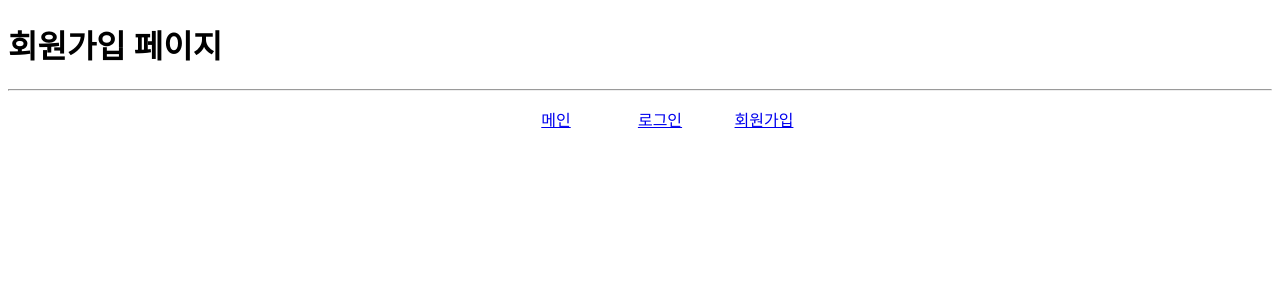
Repository: vhswo/jsp-work
Page: http://localhost/cos/join.jsp
These files come from the project's save history. The page is drawn as it stood at one moment and after the next save; the edit follows.
The browser window is 1280 px wide. The pictures show the whole page.
The page is served by Tomcat 9.

Above is the page before, as saved 2020-08-22 02:43:03.

After the next save:
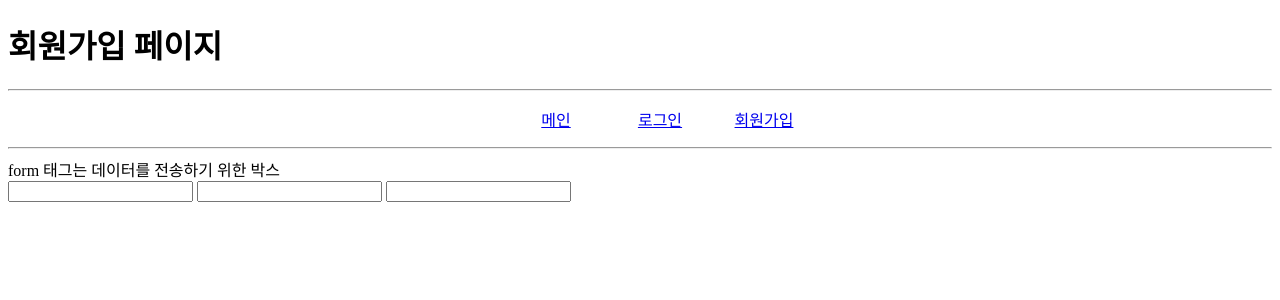
Saved 4 min 43 s later.
--- a/cos/WebContent/join.jsp
+++ b/cos/WebContent/join.jsp
@@ -24,5 +24,13 @@
 	<li><a href="login.jsp">로그인</a></li>
 	<li><a href ="join.jsp">회원가입</a></li>
 </ul>
+<hr/>
+form 태그는 데이터를 전송하기 위한 박스
+<form>
+	<input type="text" name ="username"/>
+	<input type="password" name ="password"/>
+	<input type="email" name ="email"/>
+</form>
+
 </body>
 </html>
